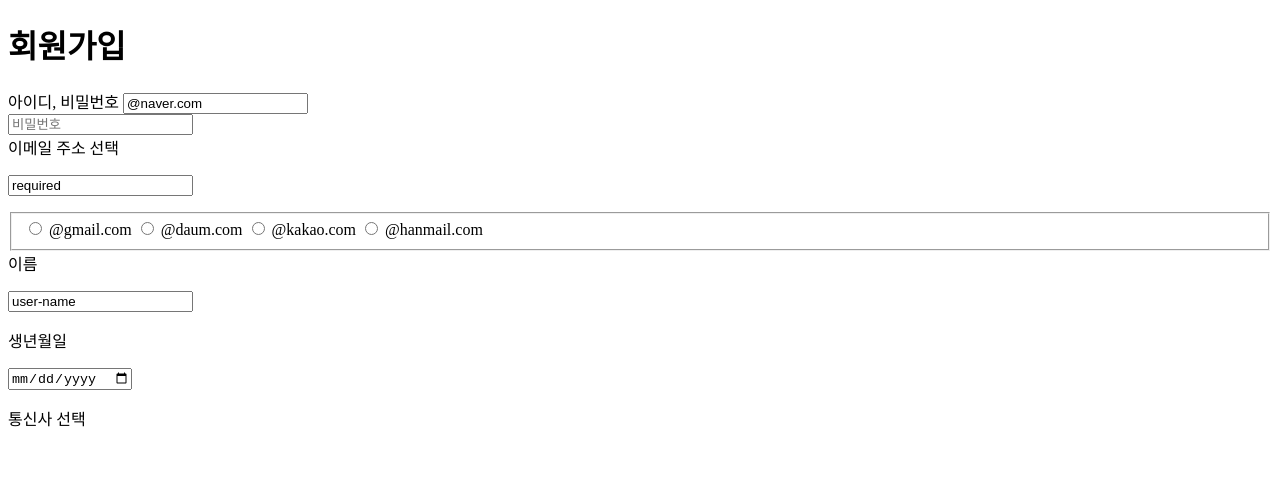
Repository: guswnsdldl/gb
Page: html workspace/h_form/src/main/webapp/join.html
An editor plug-in stored every save of this project. The page is shown before and after the next save, followed by the edit.
The browser window is 1280 px wide. The pictures show the whole page.

Above is the page before, as saved 2024-08-06 07:54:24.

After the next save:
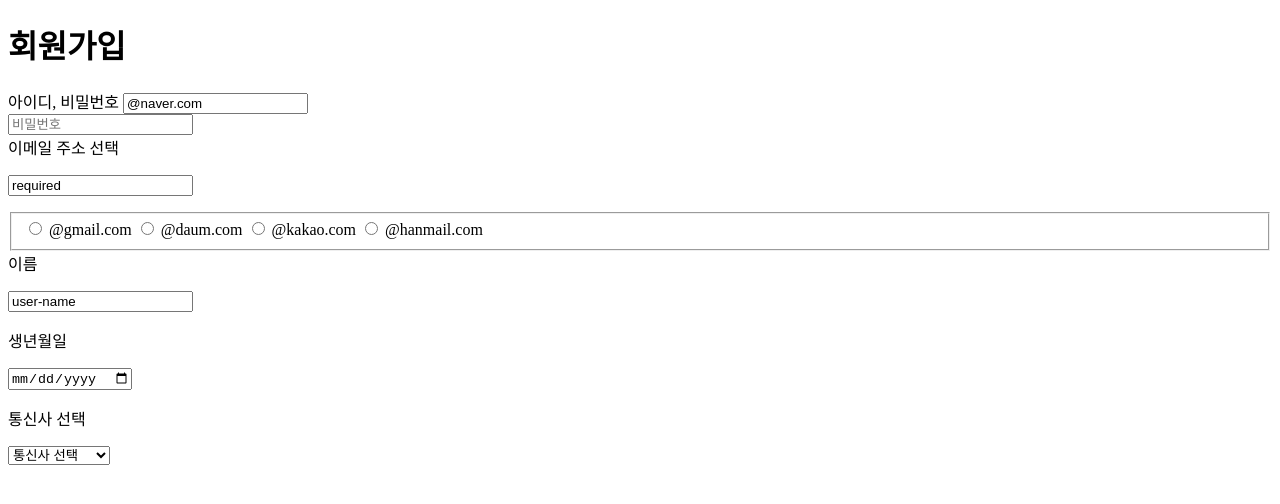
Saved 3 min 0 s later.
--- a/html workspace/h_form/src/main/webapp/join.html
+++ b/html workspace/h_form/src/main/webapp/join.html
@@ -29,8 +29,18 @@
 </div>
 <div>	생년월일
         <p> <input type="date">
-</div>통신사 선택
-<div>
+</div>
+
+<div>통신사 선택
+<p><select name="select-tel">
+            <option value="" selected>통신사 선택</option>
+            <option value="computer">KT</option>
+            <option value="model">SKT</option>
+            <option value="nurse">LG U+</option>
+            <option value="music">KT 알뜰폰</option>
+            <option value="mechanic">SKT 알뜰폰</option>
+             <option value="mechanic">LG U+ 알뜰폰</option>
+   </select>
 </div>
 
 </form>
